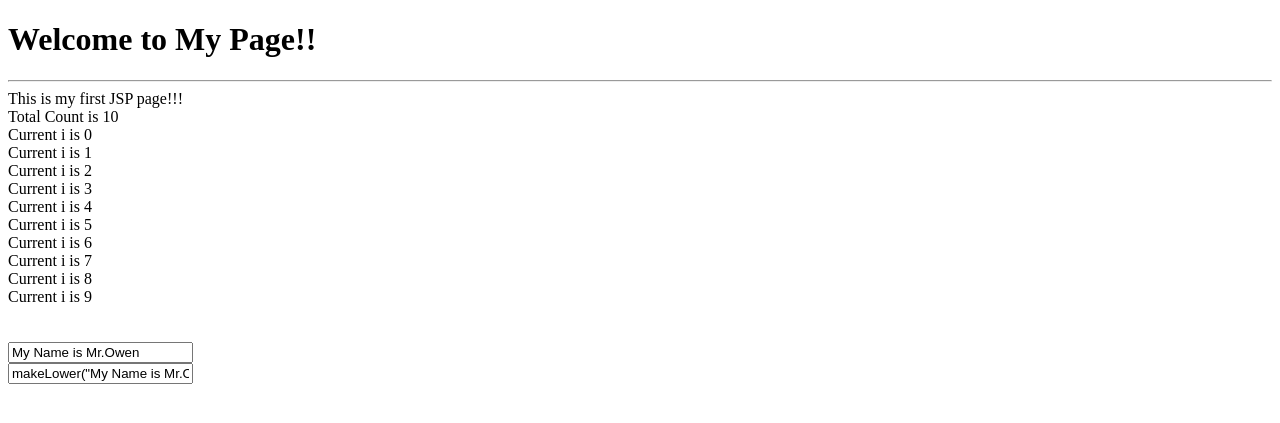
Repository: an-sehyeon/web_inworld
Page: http://localhost/web/02_script_test.jsp
These files come from the project's save history. The page is drawn as it stood at one moment and after the next save; the edit follows.
The browser window is 1280 px wide. The pictures show the whole page.
The page is served by Tomcat 10.

Above is the page before, as saved 2024-12-14 06:08:32.

After the next save:
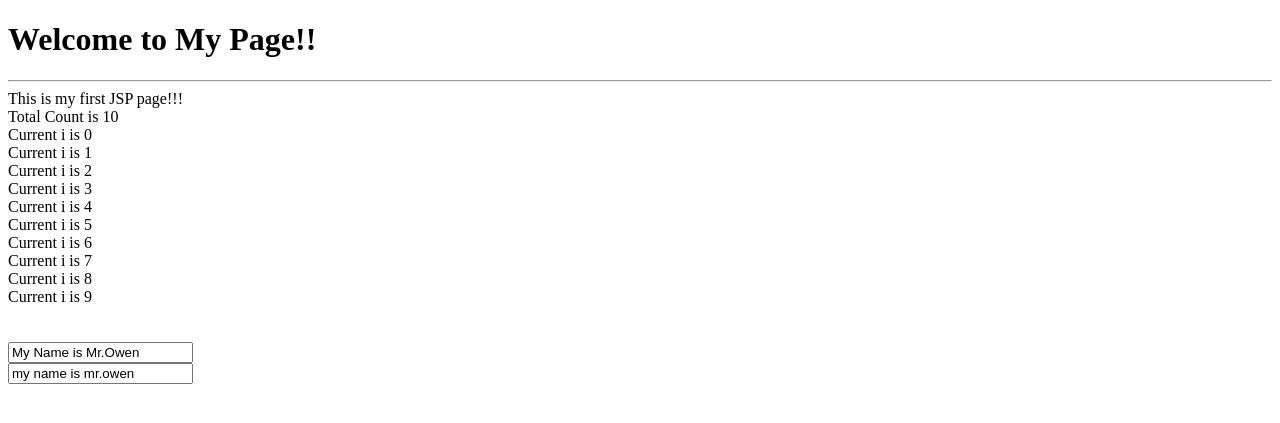
Saved 13 min 10 s later.
--- a/web_inwolrd/04_Servlet/dev/web/src/main/webapp/02_script_test.jsp
+++ b/web_inwolrd/04_Servlet/dev/web/src/main/webapp/02_script_test.jsp
@@ -12,10 +12,10 @@
 	<!-- JSP declaration Tag -->
 	<%!
 		int count = 10;
-		String color = "magenta";
-		String makeLower(String data) {						// 소문자 만들기
+		String color = "yellowgreen";
+		String makeLower(String data){
 			return data.toLowerCase();
-		}
+	}
 	%>
 
 	<!-- JSP Scriptlet -->
@@ -34,7 +34,7 @@
 	<!-- JSP Expression -->
 	<!-- 절대 세미콜론을 넣으면 안됨 -->
 	<input type="text" value="My Name is Mr.Owen"><br>
-	<input type="text" value='makeLower("My Name is Mr.Owen")'><br>
+	<input type="text" value='<%=makeLower("My Name is Mr.Owen")%>'><br>
 
 
 
